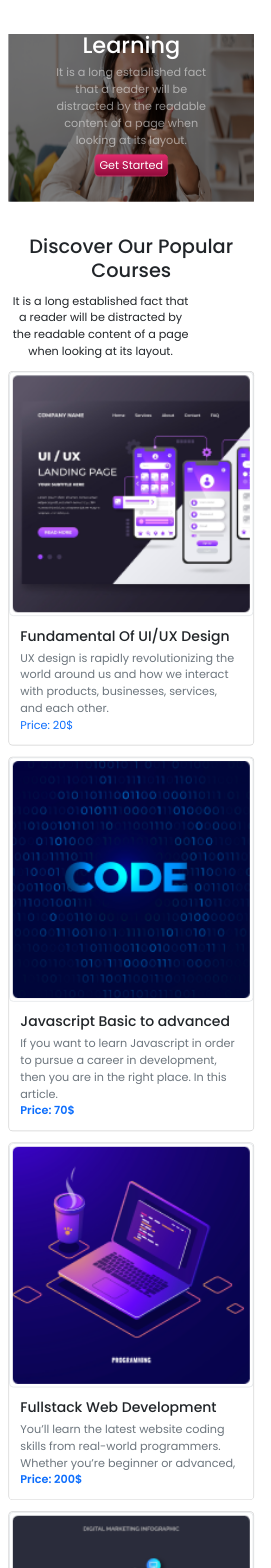
Repository: mdrubel02/Guru-Developer
Page: index.html
An editor plug-in stored every save of this project. The page is shown before and after the next save, followed by the edit.
The browser window is 375 px wide. The page is 387 px wide, so the pictures cover 387 px, including what lies to the right of the window. The pictures show the part of the page from y = 0 to 2240 px (the page is 7008 px tall before and 7088 px after), at 70% of full size.
Some web libraries are served in a nearby version.

Above is the page before, as saved 2022-07-28 14:45:22.

### index.html
<!DOCTYPE html>
<html lang="en">

<head>
    <meta charset="UTF-8">
    <meta http-equiv="X-UA-Compatible" content="IE=edge">
    <meta name="viewport" content="width=device-width, initial-scale=1.0">
    <title>Guru-Developer</title>
    <!----------- font awesome link------------>
    <script src="https://kit.fontawesome.com/74a6860872.js" crossorigin="anonymous"></script>
    <!---------- CSS only ----------->
    <link href="https://cdn.jsdelivr.net/npm/bootstrap@5.2.0/dist/css/bootstrap.min.css" rel="stylesheet"
        integrity="sha384-gH2yIJqKdNHPEq0n4Mqa/HGKIhSkIHeL5AyhkYV8i59U5AR6csBvApHHNl/vI1Bx" crossorigin="anonymous">
    <!----------- css file link------------>
    <link rel="stylesheet" href="./style.css">

</head>

<body>

    <!-- Header section -->
    <!------------banner section------------- -->
    <section class="container my-5">
        <div id="carouselExampleDark" class="carousel slide" data-bs-ride="carousel">
            <!-- <div class="carousel-indicators">
                <button type="button" data-bs-target="#carouselExampleDark" data-bs-slide-to="0" class="active"
                    aria-current="true" aria-label="Slide 1"></button>
                <button type="button" data-bs-target="#carouselExampleDark" data-bs-slide-to="1"
                    aria-label="Slide 2"></button>
                <button type="button" data-bs-target="#carouselExampleDark" data-bs-slide-to="2"
                    aria-label="Slide 3"></button>
            </div> -->
            <div class="carousel-inner">
                <div class="carousel-item active slider-items" data-bs-interval="10000">
                    <img src="./images/cover/cover-1.png" class="d-block w-100 slider_image" alt="...">
                    <div class="carousel-caption slider_caption ">
                        <h5 class=" text-white">Get Started Digital Learning</h5>
                        <p class="text-white-50 ">It is a long established fact that a reader will be distracted by the readable content of a page when looking at its layout.</p>
                        <a class="button" href="">Get Started</a>
                    </div>
                </div>
                <div class="carousel-item slider-items" data-bs-interval="2000">
                    <img src="./images/cover/cover-2.jpg" class="d-block w-100 slider_image" alt="...">
                    <div class="carousel-caption slider_caption ">
                        <h5 class=" text-white">Get Started Digital Learning</h5>
                        <p class="text-white-50">It is a long established fact that a reader will be distracted by the readable content of a page when looking at its layout.</p>
                        <a class="button" href="">Get Started</a>
                    </div>
                </div>
                <div class="carousel-item slider-items">
                    <img src="./images/cover/cover-3.jpg" class="d-block w-100 img-fluid slider_image" alt="...">
                    <div class="carousel-caption slider_caption ">
                        <h5 class=" text-white">Get Started Digital Learning</h5>
                        <p class="text-white-50 ">It is a long established fact that a reader will be distracted by the readable content of a page when looking at its layout.</p>
                        <a class="button" href="">Get Started</a>
                    </div>
                </div>
            </div>
            <button class="carousel-control-prev d-lg-block slider-btn" type="button" data-bs-target="#carouselExampleDark"
                data-bs-slide="prev">
                <span class="carousel-control-prev-icon" aria-hidden="true"></span>
                <span class="visually-hidden">Previous</span>
            </button>
            <button class="carousel-control-next d-lg-block slider-btn" type="button" data-bs-target="#carouselExampleDark"
                data-bs-slide="next">
                <span class="carousel-control-next-icon" aria-hidden="true"></span>
                <span class="visually-hidden">Next</span>
            </button>
        </div>
    </section>
    <!---------OUR COURSE SECTION----------->
    <section class="container  my-5">
        <h1 class="text-center">Discover Our Popular Courses</h1>
        <p class="text-center text-wrap w-75 py-3">It is a long established fact that a reader will be distracted by the
            readable content of a page when looking at its layout.</p>
        <div class="row">
            <div class="col-lg-6">
                <div class="card mb-3 " style="max-width: 540px;">
                    <div class="row g-0">
                        <div class="col-md-4">
                            <img cl src="./images/course/course-1.png" class="img-fluid img-thumbnail rounded-start"
                                id="course_img" alt="...">
                        </div>
                        <div class="col-md-8">
                            <div class="card-body">
                                <h5 class="card-title">Fundamental Of UI/UX Design</h5>
                                <p class="card-text text-muted">UX design is rapidly revolutionizing the world around us
                                    and how we interact with products, businesses, services, and each other.</p>
                                <p class="card-text text-primary fw-bold-">Price: 20$</p>
                            </div>
                        </div>
                    </div>
                </div>
            </div>
            <div class="col-lg-6">
                <div class="card mb-3 " style="max-width: 540px;">
                    <div class="row g-0">
                        <div class="col-md-4">
                            <img src="./images/course/course-2.png" class="img-fluid img-thumbnail rounded-start
                        " id="course_img" alt="...">
                        </div>
                        <div class="col-md-8">
                            <div class="card-body">
                                <h5 class="card-title">Javascript Basic to advanced</h5>
                                <p class="card-text text-muted">If you want to learn Javascript in order to pursue a
                                    career in development, then you are in the right place. In this article.</p>
                                <p class="card-text text-primary fw-bold">Price: 70$</p>
                            </div>
                        </div>
                    </div>
                </div>
            </div>
            <div class="col-lg-6">
                <div class="card mb-3 " style="max-width: 540px;">
                    <div class="row g-0">
                        <div class="col-md-4">
                            <img src="./images/course/course-3.png" class="img-fluid img-thumbnail rounded-start
                        " id="course_img" alt="...">
                        </div>
                        <div class="col-md-8">
                            <div class="card-body">
                                <h5 class="card-title">Fullstack Web Development</h5>
                                <p class="card-text text-muted">You’ll learn the latest website coding skills from
                                    real-world programmers. Whether you’re beginner or advanced,</p>
                                <p class="card-text text-primary fw-bold">Price: 200$</p>
                            </div>
                        </div>
                    </div>
                </div>
            </div>
            <div class="col-lg-6">
                <div class="card mb-3 " style="max-width: 540px;">
                    <div class="row g-0">
                        <div class="col-md-4">
                            <img src="./images/course/course-4.png" class="img-fluid img-thumbnail rounded-start
                        " id="course_img" alt="...">
                        </div>
                        <div class="col-md-8">
                            <div class="card-body">
                                <h5 class="card-title">Digital Marketing</h5>
                                <p class="card-text text-muted"> is the promotion of brands to connect with potential
                                    customers using the internet and other forms of digital communication.</p>
                                <p class="card-text text-primary fw-bold">Price: 40$</p>
                            </div>
                        </div>
                    </div>
                </div>
            </div>
            <div class="col-lg-6">
                <div class="card mb-3 " style="max-width: 540px;">
                    <div class="row g-0">
                        <div class="col-md-4">
                            <img src="./images/course/course-5.png" class="img-fluid img-thumbnail rounded-start
                        " id="course_img" alt="...">
                        </div>
                        <div class="col-md-8">
                            <div class="card-body">
                                <h5 class="card-title">Photography Basic Rules</h5>
                                <p class="card-text text-muted">hotography is all about creativity, inspiration, and
                                    sharing your unique artistic vision. With all the freedom, is there really any space
                                    for rules?</p>
                                <p class="card-text text-primary fw-bold">Price: 35$</p>
                            </div>
                        </div>
                    </div>
                </div>
            </div>
            <div class="col-lg-6">
                <div class="card mb-3 " style="max-width: 540px;">
                    <div class="row g-0">
                        <div class="col-md-4">
                            <img src="./images/course/course-6.png" class="img-fluid img-thumbnail rounded-start
                        " id="course_img" alt="...">
                        </div>
                        <div class="col-md-8">
                            <div class="card-body">
                                <h5 class="card-title">Motion Graphics</h5>
                                <p class="card-text text-muted">term distinguishes static graphics from those with a
                                    transforming appearance over time, without over-specifying the form</p>
                                <p class="card-text text-primary fw-bold">Price: 55$</p>
                            </div>
                        </div>
                    </div>
                </div>
            </div>
        </div>
        <div class="text-center">
            <a class="button" href="">See More Course</a>
        </div>
    </section>
    <!----- JOIN US SECTION ------------->
    <section class="container text-center  my-5 join_us_section">
        <div class="join_us">
            <div class="mt-5">
                <h1 class="text-white mt-3">Ready to join?</h1>
                <p class="text-muted text-white-50 py-2">it is a long established fact that a reader will be distracted
                    by the readable content of a page when looking at its layout.</p>
            </div>
            <div class=" w-75">
                <div class="">
                    <a class="button lg-w-50 sm-w-75" href="" data-bs-toggle="modal"
                        data-bs-target="#exampleModal">Register
                        Now</a>
                </div>
                <div class="modal fade" id="exampleModal" tabindex="-1" aria-labelledby="exampleModalLabel"
                    aria-hidden="true">
                    <div class="modal-dialog">
                        <div class="modal-content">
                            <div class="modal-header">
                                <h5 class="modal-title" id="exampleModalLabel">Modal title</h5>
                                <button type="button" class="btn-close" data-bs-dismiss="modal"
                                    aria-label="Close"></button>
                            </div>
                            <div class="modal-body">
                                ...
                            </div>
                            <div class="modal-footer">
                                <button type="button" class="btn btn-secondary" data-bs-dismiss="modal">Close</button>
                                <button type="button" class="btn btn-primary">Save changes</button>
                            </div>
                        </div>
                    </div>
                </div>

            </div>
        </div>
    </section>
    <!-------- developer section--------- -->
    <section class="container text-center my-5 ">
        <div class="row  g-3">
            <h1 class="fs-1">Meet Our Successfull <br> <span>Students</span></h1>
            <p class="text-muted">It is a long established fact that a reader will be distracted by the <br>
                <span>readable content of a page when looking at its layout.</span>
            </p>
            <div class="col-lg-3 col-md-6 col-sm-12 ">
                <div class="developer">
                    <div class="card" style="width: 18rem;">
                        <img src="./images/student/student-1.png" class="card-img-top img-fluid" alt="...">
                        <div class="card-body">
                            <h5 class="card-title">Awlad Hossain</h5>
                            <p class="card-text">UIUX Designer</p>
                        </div>
                    </div>
                </div>
            </div>
            <div class="col-lg-3 col-md-6 col-sm-12 ">
                <div class="developer">
                    <div class="card" style="width: 18rem;">
                        <img src="./images/student/student-2.png" class="card-img-top img-fluid" alt="...">
                        <div class="card-body">
                            <h5 class="card-title">Awlad Hossain</h5>
                            <p class="card-text">UIUX Designer</p>
                        </div>
                    </div>
                </div>
            </div>
            <div class="col-lg-3 col-md-6 col-sm-12">
                <div class="developer">
                    <div class="card" style="width: 18rem;">
                        <img src="./images/student/student-3.png" class="card-img-top img-fluid" alt="...">
                        <div class="card-body">
                            <h5 class="card-title">Awlad Hossain</h5>
                            <p class="card-text">UIUX Designer</p>
                        </div>
                    </div>
                </div>
            </div>
            <div class="col-lg-3 col-md-6 col-sm-12">
                <div class="developer">
                    <div class="card" style="width: 18rem;">
                        <img src="./images/student/student-4.png" class="card-img-top
                        img-fluid" alt="...">
                        <div class="card-body">
                            <h5 class="card-title">Awlad Hossain</h5>
                            <p class="card-text">UIUX Designer</p>
                        </div>
                    </div>
                </div>
            </div>

        </div>
        <a class="button mt-3" href="">View All</a>
    </section>

    <!-------- Question Section----- -->
    <section class="container my-5">
        <div class="row">
            <div class="col-lg-2"></div>
            <div class="col-lg-8">
                <h1 class="text-center">Frequently Asked Questions</h1>
                <p class="text-muted py-4 text-center">It is a long established fact that a reader will be distracted by
                    the readable content of a page when looking at its layout</p>
                <div class="accordion" id="accordionExample">
                    <div class="accordion-item">
                        <h2 class="accordion-header" id="headingOne">
                            <button class="accordion-button" type="button" data-bs-toggle="collapse"
                                data-bs-target="#collapseOne" aria-expanded="true" aria-controls="collapseOne">
                                What’s the difference between event design and event planning?
                            </button>
                        </h2>
                        <div id="collapseOne" class="accordion-collapse collapse show" aria-labelledby="headingOne"
                            data-bs-parent="#accordionExample">
                            <div class="accordion-body">
                                <strong>This is the first item's accordion body.</strong> It is Event design
                                and event planning work hand in hand to deliver a successful event.Events by
                                Knight offer tailor made events. This means we incorporate both event design
                                and event planning to create that perfect event.
                            </div>
                        </div>
                    </div>
                    <div class="accordion-item">
                        <h2 class="accordion-header" id="headingTwo">
                            <button class="accordion-button collapsed" type="button" data-bs-toggle="collapse"
                                data-bs-target="#collapseTwo" aria-expanded="false" aria-controls="collapseTwo">
                                Experinence the Jannat Convention Center
                            </button>
                        </h2>
                        <div id="collapseTwo" class="accordion-collapse collapse" aria-labelledby="headingTwo"
                            data-bs-parent="#accordionExample">
                            <div class="accordion-body">
                                <strong>My experience with.</strong> the jannat convention center and attend
                                one of over 400 events annually. Find all the information you need to attend
                                you next event here at the jannat convention centerl.For additional question
                                and information please <strong>CONTACT US</strong>
                            </div>
                        </div>
                    </div>
                    <div class="accordion-item">
                        <h2 class="accordion-header" id="headingThree">
                            <button class="accordion-button collapsed" type="button" data-bs-toggle="collapse"
                                data-bs-target="#collapseThree" aria-expanded="false" aria-controls="collapseThree">
                                Accessibility Services
                            </button>
                        </h2>
                        <div id="collapseThree" class="accordion-collapse collapse" aria-labelledby="headingThree"
                            data-bs-parent="#accordionExample">
                            <div class="accordion-body">
                                <strong>The Jannat Convention Center</strong> website accessibility will
                                always be an ongoing effort and we are continually seeking solutions that
                                will keep these efforts going to permit all of our guests access to our
                                website. the jannat convention center is dedicated to providin all of our
                                guests a safe and enjoyable expreince
                            </div>
                        </div>
                    </div>
                    <div class="accordion-item">
                        <h2 class="accordion-header" id="headingThree">
                            <button class="accordion-button collapsed" type="button" data-bs-toggle="collapse"
                                data-bs-target="#collapseThree" aria-expanded="false" aria-controls="collapseThree">
                                Exhibit At An Event
                            </button>
                        </h2>
                        <div id="collapseThree" class="accordion-collapse collapse" aria-labelledby="headingThree"
                            data-bs-parent="#accordionExample">
                            <div class="accordion-body">
                                <strong>Make the most of your exhibit boot</strong> i feel strongly that the
                                managgement of the jannat convention center is one of the best in te
                                country.we are exsited that you have decided to exhibit at one of our
                                upcoming shows.please guide yourself throuth the online ordering of your
                                exhibit needs we look forward to seeing you upcoming show
                            </div>
                        </div>
                    </div>
                </div>
            </div>
            <div class="col-lg-2"></div>
        </div>

    </section>

    <!-- brand section -->
    <section class="container my-5 d-lg-block d-md-none d-xs-none" id="brand_section">
        <div class="row">
            <div class="col-lg-12 md:d-none">
                <h1 class="text-center py-3 text-muted">Trusted by over 800+ companies</h1>
                <div class="brand d-flex justify-content-between">
                    <img src="./images/company/company-1.png" alt="">
                    <img src="./images/company/company-2.png" alt="">
                    <img src="./images/company/company-3.png" alt="">
                    <img src="./images/company/company-4.png" alt="">
                    <img src="./images/company/company-5.png" alt="">
                    <img src="./images/company/company-6.png" alt="">
                </div>
            </div>
        </div>
    </section>

    <!-------------- FOOTER SECTION------------- -->
    <footer class="my-4">
        <div class="row">
            <div class="col-lg-3 col-sm-0">
            </div>
            <div class="col-lg-6 col-sm-12">
                <div class="footer_section d-flex  flex-column justify-content-center align-items-center p-3">
                    <h1 class="text-white text-center">Guru Developer</h1>
                    <p class=" text-white p-2 text-center">Office 41, Zawaya Buildin, Ghala Muscat,
                        Sultanate of Oman
                    </p>
                    <span class="text-white text-center">Privacy Ploicy | Terms of use</span>
                    <div class="social-icon">
                        <a href="https://www.facebook.com/" target="_blank"><i class="fa-brands fa-facebook"></i></a>
                        <a href="https://www.linkedin.com/" target="_blank"><i class="fa-brands fa-linkedin"></i></a>
                        <a href="https://www.instagram.com/" target="_blank"><i class="fa-brands fa-instagram"></i></a>
                        <a href="https://twitter.com/i/flow/login" target="_blank"><i
                                class="fa-brands fa-twitter"></i></a>
                    </div>
                </div>
            </div>
            <div class="col-lg-3 col-sm-0">
            </div>
        </div>
    </footer>
    <!-- JavaScript Bundle with Popper -->
    <script src="https://cdn.jsdelivr.net/npm/bootstrap@5.2.0/dist/js/bootstrap.bundle.min.js"
        integrity="sha384-A3rJD856KowSb7dwlZdYEkO39Gagi7vIsF0jrRAoQmDKKtQBHUuLZ9AsSv4jD4Xa"
        crossorigin="anonymous"></script>
</body>

</html>

### style.css
/* =====GOOGLE FONTS====== */
@import url('https://fonts.googleapis.com/css2?family=Poppins:wght@300;400;500;600&display=swap');

body,
h1,
h2,
h3,
h4,
h5,
h6,
p,
span {
    font-family: 'Poppins', sans-serif;
    margin-bottom: 0;
}

* {
    box-sizing: border-box;
}

::before,
::after {
    box-sizing: border-box;
}

img {
    max-width: 100%;
    vertical-align: middle;
}

a {
    color: #fff;
    text-decoration: none;
    transition: all 400ms ease;
}

a:hover {
    color: #fff;
}

.button {
    text-align: center;
    display: inline-block;
    background-image: linear-gradient(#E02C6D, #910a3b);
    color: #fff;
    padding: 0.75rem 1.2rem;
    border-radius: 0.4rem;
    border: 1px solid #E02C6D;
    transition: all 500ms ease;
}

.button:hover {
    background: transparent;
    color: #E02C6D;
    border: 1px solid #E02C6D;
}

/*======= BANNER SECTION STYLE========= */
.slider-items {
    background: no-repeat scroll center scroll;
    background-size: cover;
    z-index: 1;
    position: relative;
}

.slider-items::before {
    content: "";
    display: block;
    position: absolute;
    top: 0;
    left: 0;
    right: 0;
    bottom: 0;
    background: rgb(0, 0, 0.5);
    opacity: .5;
}
.slider_caption{
   padding-bottom: 11rem;
}
.slider_caption h5{
    font-size: 3rem;
}
.slider_caption p{
    font-size: 1rem;
    padding: .5rem;
}

/* ========FOOTER STYLE======= */
footer {
    background-color: #161616;
}

.social-icon a {
    font-size: 2rem;
    color: #fff;
    padding: .5rem;
}

/*============ JOIN US SECTION STYLE=========== */
.join_us_section {
    background-color: #161616;
    height: 250px;
}

.join_us {
    display: flex;
    gap: 1rem;
    justify-content: space-between;
    align-items: center;
}



/* ======RESPONSIVE======= */
@media only screen and (max-width: 570px) {
    .join_us_section {
        height: 300px;
    }
    .slider_caption{
      padding-bottom: 0;
    }
    .slider_caption h5{
        font-size: 2rem;
    }
    .slider_caption a{
        padding: 0.2rem .4rem;

    }
    .slider-btn{
        display: none;
    }
    .slider_image{
        height: 30vh;
    }
}
@media only screen and (max-width: 770px) {
    #brand_section {
        display: none;

    }

    #course_img {
        width: 100%;
        vertical-align: middle;
    }
    .slider_caption{
        margin-top: 2rem;
     }
}

@media only screen and (max-width: 970px) {
    .join_us {
        flex-direction: column;
    }
    .slider_caption{
        padding-bottom: 1rem;
     }
}

After the next save:
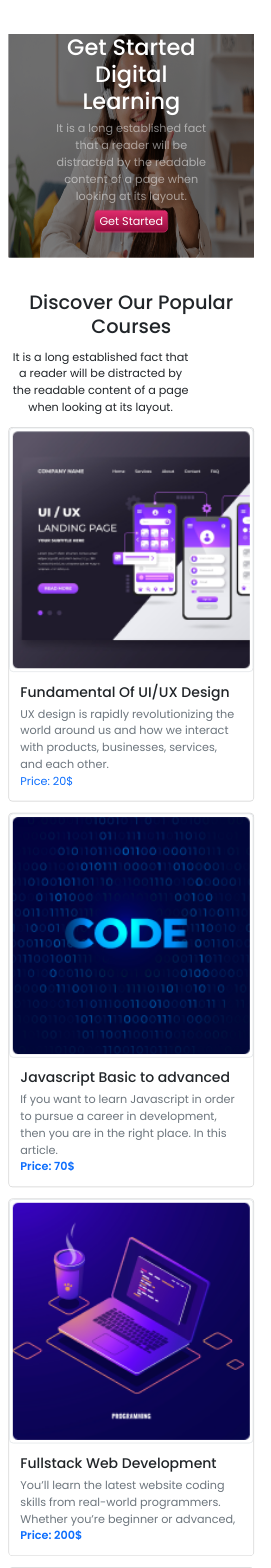
Saved 28 s later.
--- a/style.css
+++ b/style.css
@@ -130,7 +130,7 @@
         display: none;
     }
     .slider_image{
-        height: 30vh;
+        height: 40vh;
     }
 }
 @media only screen and (max-width: 770px) {
